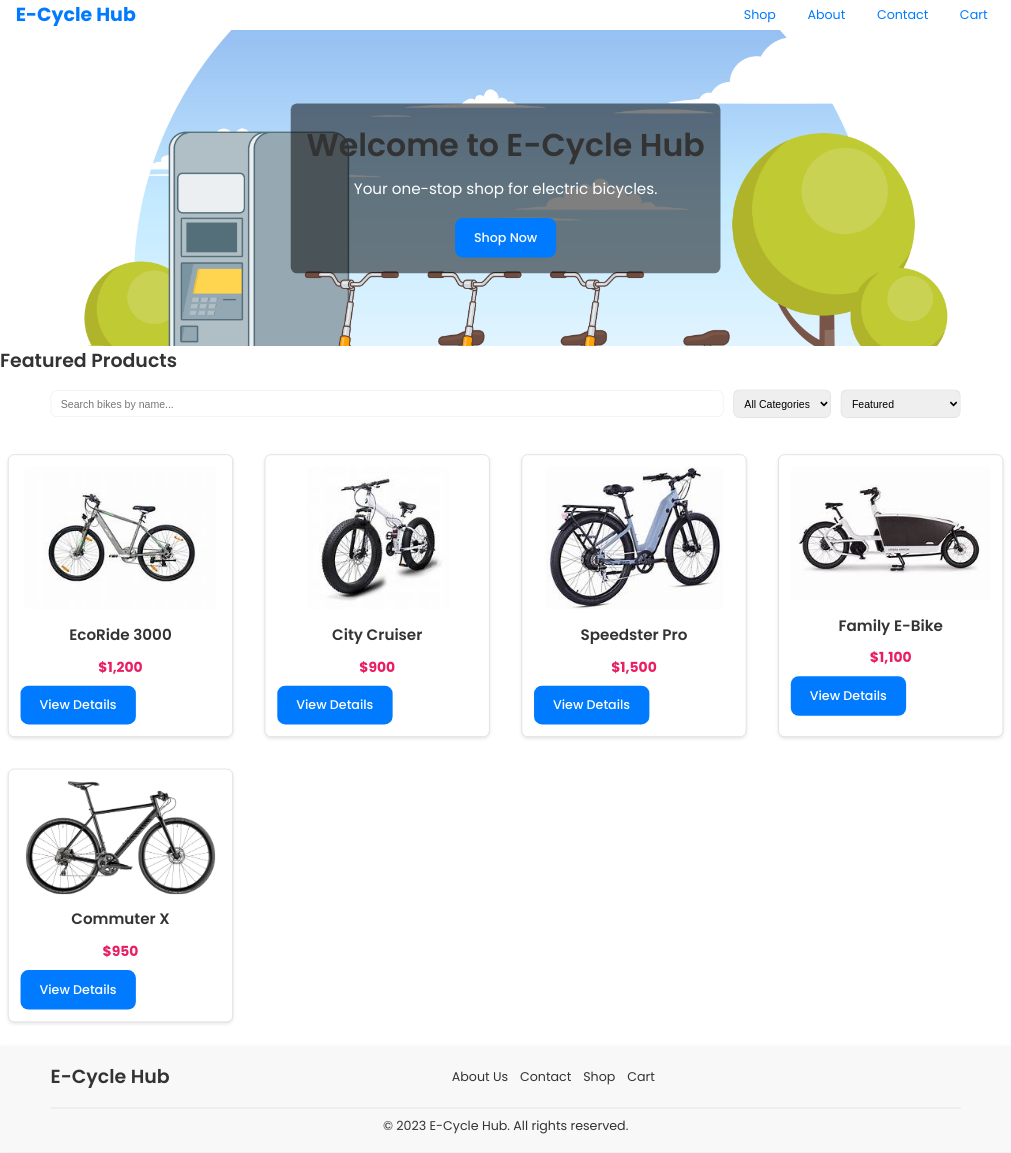
Repository: Rutuja-g/E-Cycle-Hub
Page: public/index.html
The author's editor kept a copy of each file at every save. The page is drawn from the files as they stood at one save, then again after the next save.
The browser window is 1280 px wide. The pictures show the whole page, at 79% of full size.

Above is the page before, as saved 2025-10-24 15:42:59.

After the next save:
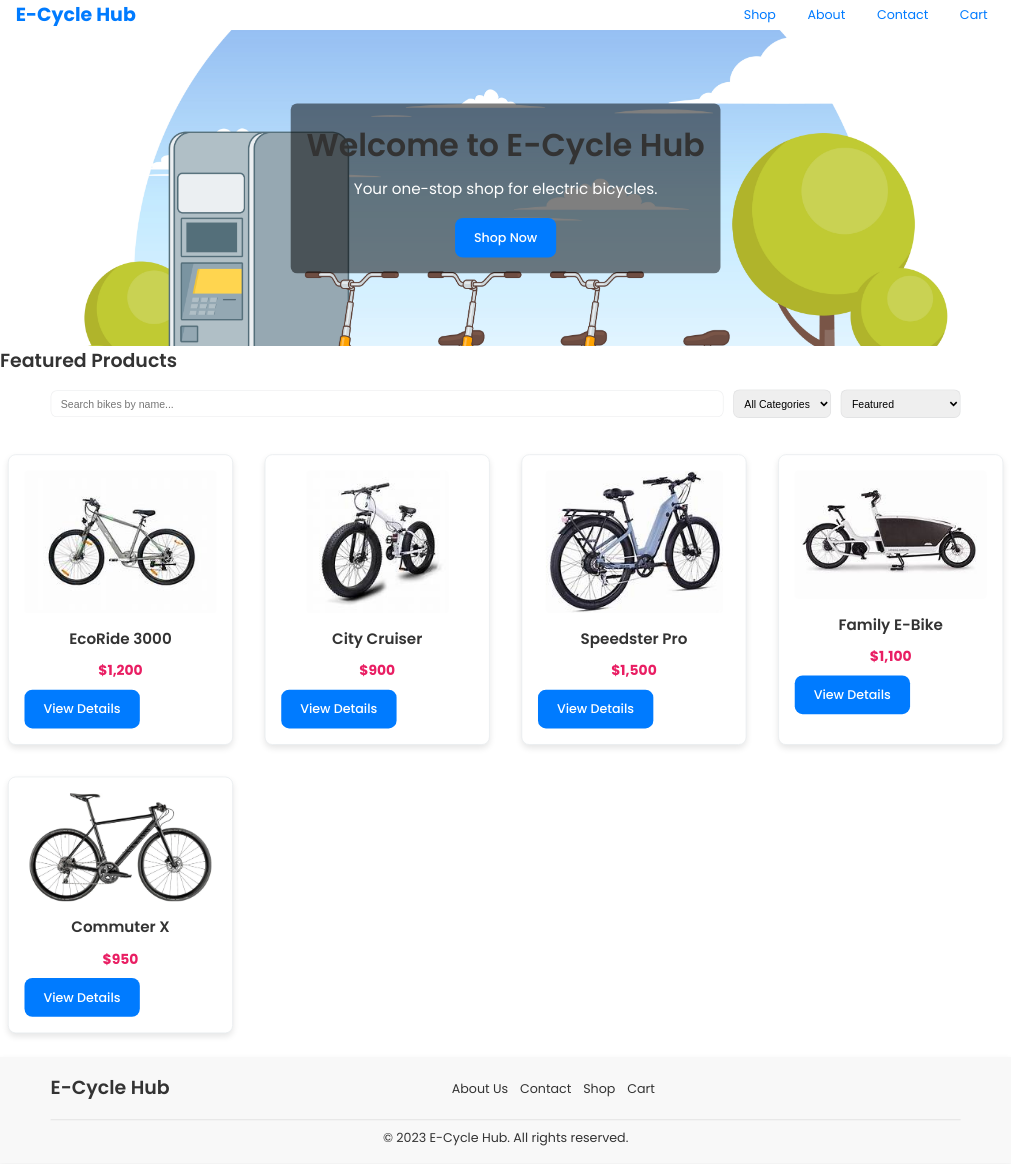
Saved 8 s later.
--- a/public/css/main.css
+++ b/public/css/main.css
@@ -205,19 +205,19 @@ nav {
 
 /* Product card styles (updated for .card class used by main.js) */
 .card {
-  border: 1px solid #ddd;
-  border-radius: 8px;
-  padding: 15px;
+  border: 1px solid #e9ecef;
+  border-radius: var(--border-radius);
+  padding: 20px;
   margin: 10px;
   text-align: center;
-  background: white;
-  box-shadow: 0 2px 5px rgba(0, 0, 0, 0.1);
-  transition: transform 0.3s ease, box-shadow 0.3s ease;
+  background: var(--background-color);
+  box-shadow: var(--box-shadow);
+  transition: var(--transition);
 }
 
 .card:hover {
   transform: translateY(-5px);
-  box-shadow: 0 4px 10px rgba(0, 0, 0, 0.2);
+  box-shadow: var(--box-shadow-hover);
 }
 
 .card img {
